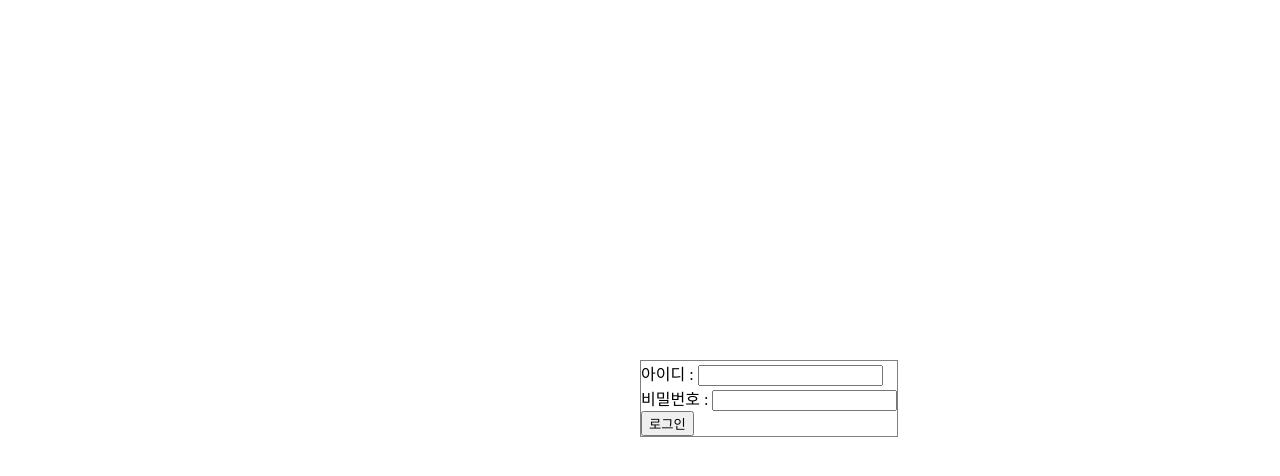
Repository: beruzz/ezen
Page: http://localhost/introduce/mc/login
These files come from the project's save history. The page is drawn as it stood at one moment and after the next save; the edit follows.
The browser window is 1280 px wide. The pictures show the whole page.
The page is served by Tomcat 9. Other server files are loaded and not shown.

Above is the page before, as saved 2022-12-14 07:43:52.

### JSP_Board&Member/introduce/src/main/webapp/member/login.jsp
<%@ page language="java" contentType="text/html; charset=UTF-8"
    pageEncoding="UTF-8"%>
<%@ taglib uri = "http://java.sun.com/jsp/jstl/core" prefix="c" %>
<!DOCTYPE html>
<html>
<head>
<meta charset="UTF-8">
<title>로그인 페이지</title>
<style>
	.login{
		position: absolute;
		top: 50%;
		left: 50%;
		border: solid 1px gray;
	}
</style>
</head>
<body>
	<form action="/mc/login_auth" class="login" method="post">
	아이디 : <input type="text" name="id"><br>
	비밀번호 : <input type="password" name="password"><br>
		<button type="submit">로그인</button>
	</form>
</body>
</html>

### JSP_Board&Member/introduce/src/main/java/controller/MemController.java
package controller;

import java.io.IOException;
import java.util.List;

import javax.servlet.RequestDispatcher;
import javax.servlet.ServletException;
import javax.servlet.annotation.WebServlet;
import javax.servlet.http.HttpServlet;
import javax.servlet.http.HttpServletRequest;
import javax.servlet.http.HttpServletResponse;
import javax.servlet.http.HttpSession;

import org.slf4j.Logger;
import org.slf4j.LoggerFactory;

import domain.MemberVO;
import service.MemService;
import service.MemServiceImpl;

@WebServlet("/mc/*")
public class MemController extends HttpServlet {
	private static final long serialVersionUID = 1L;
	private static final Logger log = LoggerFactory.getLogger(MemController.class);
	private RequestDispatcher rdp;
	private String destPage;
	private MemService msv;
	private int isOk;

	public MemController() {
		msv = new MemServiceImpl();
	}

	protected void service(HttpServletRequest req, HttpServletResponse res) throws ServletException, IOException {
		req.setCharacterEncoding("utf-8");
		res.setCharacterEncoding("utf-8");
		res.setContentType("text/html; charset=UTF-8");

		String uri = req.getRequestURI();
		String path = uri.substring(uri.lastIndexOf("/") + 1);
		log.info(">>uri > " + uri);
		log.info(">>path > " + path);

		switch (path) {

		case "join":
			destPage = "/member/join.jsp";
			break;

		case "register":
			try {
				log.info("리지스터 체크");
				String id = req.getParameter("id");
				String password = req.getParameter("password");
				String email = req.getParameter("email");
				int age = Integer.parseInt(req.getParameter("age"));
				isOk = msv.register(new MemberVO(id, password, email, age));
				System.out.println(isOk);
				log.info(">> join >" + (isOk > 0 ? "OK" : "Fail"));
				destPage = "login";
			} catch (Exception e) {
				e.printStackTrace();
				log.info("register error");
			}
			break;
		case "login":
			destPage = "/member/login.jsp";
			break;
		case "login_auth":
			try {
				MemberVO mvo = msv.login(new MemberVO(
						req.getParameter("id"),
						req.getParameter("password")));
				log.info("로그인 객체 인풋");
				if(mvo != null) {
					HttpSession ses = req.getSession();
					ses.setAttribute("ses", mvo);
					ses.setMaxInactiveInterval(10*60);
				}else {
					req.setAttribute("msg_login", 0);
				}
				destPage="/";
			} catch (Exception e) {
				e.printStackTrace();
			}
			break;

		case "logout":
			try {
				HttpSession ses = req.getSession();
				ses.invalidate();
				destPage="/";
			} catch (Exception e) {
				e.printStackTrace(); }
			break;
		case "memList":
			HttpSession ses = req.getSession();
			List<MemberVO> memList = msv.getMemList();
			ses.setAttribute("memList", memList);
			destPage="/member/memberList.jsp";
			break;
		}
		rdp = req.getRequestDispatcher(destPage);
		rdp.forward(req, res);
	}

	protected void doGet(HttpServletRequest request, HttpServletResponse response) throws ServletException, IOException {

		service(request, response);
	}

	protected void doPost(HttpServletRequest request, HttpServletResponse response) throws ServletException, IOException {

		doGet(request, response);
	}
}

### JSP_Board&Member/introduce/src/main/java/service/MemServiceImpl.java
package service;

import java.util.List;

import org.slf4j.Logger;
import org.slf4j.LoggerFactory;

import domain.MemberVO;
import repository.MemberDAO;
import repository.MemberDAOImpl;

public class MemServiceImpl implements MemService {
	private static final Logger log = LoggerFactory.getLogger(MemServiceImpl.class);
	private MemberDAO mdao;

	public MemServiceImpl() {
		mdao = new MemberDAOImpl();
	}

	@Override
	public int register(MemberVO mvo) {
		log.info("register check 2");
		return mdao.insert(mvo);
	}

	@Override
	public MemberVO login(MemberVO mvo) {
		log.info("login 체크2");
		return mdao.login(mvo);
	}


	@Override
	public List<MemberVO> getMemList() {
		log.info("member list 체크2");
		return mdao.getMemList();
	}


}

### JSP_Board&Member/introduce/src/main/java/repository/MemberDAO.java
package repository;

import java.util.List;

import domain.MemberVO;

public interface MemberDAO {

	int insert(MemberVO mvo);

	MemberVO login(MemberVO mvo);

	List<MemberVO> getMemList();


}

### JSP_Board&Member/introduce/src/main/java/repository/MemberDAOImpl.java
package repository;

import java.util.List;

import org.apache.ibatis.session.SqlSession;
import org.slf4j.Logger;
import org.slf4j.LoggerFactory;

import domain.MemberVO;
import orm.DatabaseBuilder;

public class MemberDAOImpl implements MemberDAO {
	private static final Logger log = LoggerFactory.getLogger(MemberDAOImpl.class);
	private SqlSession sql;
	private final String NS = "MemMapper.";

	public MemberDAOImpl() {
		new DatabaseBuilder();
		sql = DatabaseBuilder.getFactory().openSession();
	}

	@Override
	public int insert(MemberVO mvo) {
		log.info("register check3");
		int isOk = sql.insert(NS + "insert", mvo);
		if (isOk > 0) {
			sql.commit();
		}
		return isOk;
	}

	@Override
	public MemberVO login(MemberVO mvo) {
		log.info("login 체크3");
		return sql.selectOne(NS+"login", mvo);
	}

	@Override
	public List<MemberVO> getMemList() {
		log.info("member list 체크3");
		return sql.selectList(NS+"memList");
	}
}

### JSP_Board&Member/introduce/src/main/java/orm/DatabaseBuilder.java
package orm;

import org.apache.ibatis.io.Resources;
import org.apache.ibatis.session.SqlSessionFactory;
import org.apache.ibatis.session.SqlSessionFactoryBuilder;

public class DatabaseBuilder {
private static SqlSessionFactory factory;

	static {
		try {
			factory = new SqlSessionFactoryBuilder().build(Resources.getResourceAsReader("orm/MybatisConfig.xml"));
		} catch (Exception e) {
			e.printStackTrace();
		}
	}
	public static SqlSessionFactory getFactory() {
		return factory;
	}
}

### JSP_Board&Member/introduce/src/main/java/domain/MemberVO.java
package domain;

public class MemberVO {
	private String id;
	private String password;
	private String email;
	private int age;

	//로그인
	public MemberVO(String id, String password) {
		this.id = id;
		this.password = password;
	}
	//회원가입
	public MemberVO(String id, String password, String email, int age) {
		this(id,password);
		this.email = email;
		this.age = age;
	}

	public String getId() {
		return id;
	}
	public void setId(String id) {
		this.id = id;
	}
	public String getPassword() {
		return password;
	}
	public void setPassword(String password) {
		this.password = password;
	}
	public String getEmail() {
		return email;
	}
	public void setEmail(String email) {
		this.email = email;
	}
	public int getAge() {
		return age;
	}
	public void setAge(int age) {
		this.age = age;
	}


}

After the next save:
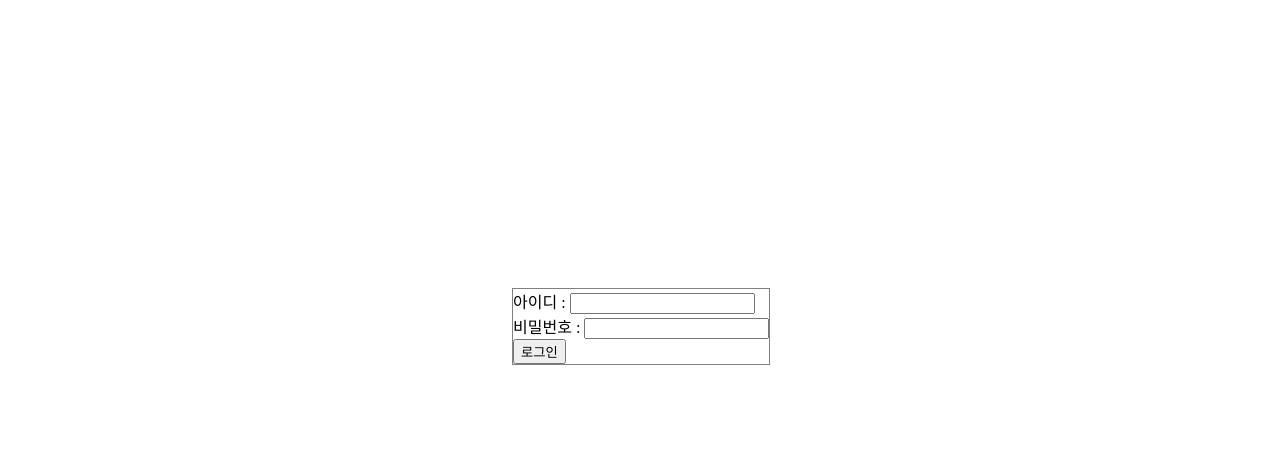
Saved 8 min 6 s later.
--- a/JSP_Board&Member/introduce/src/main/webapp/member/login.jsp
+++ b/JSP_Board&Member/introduce/src/main/webapp/member/login.jsp
@@ -9,8 +9,8 @@
 <style>
 	.login{
 		position: absolute;
-		top: 50%;
-		left: 50%;
+		top: 40%;
+		left: 40%;
 		border: solid 1px gray;
 	}
 </style>
